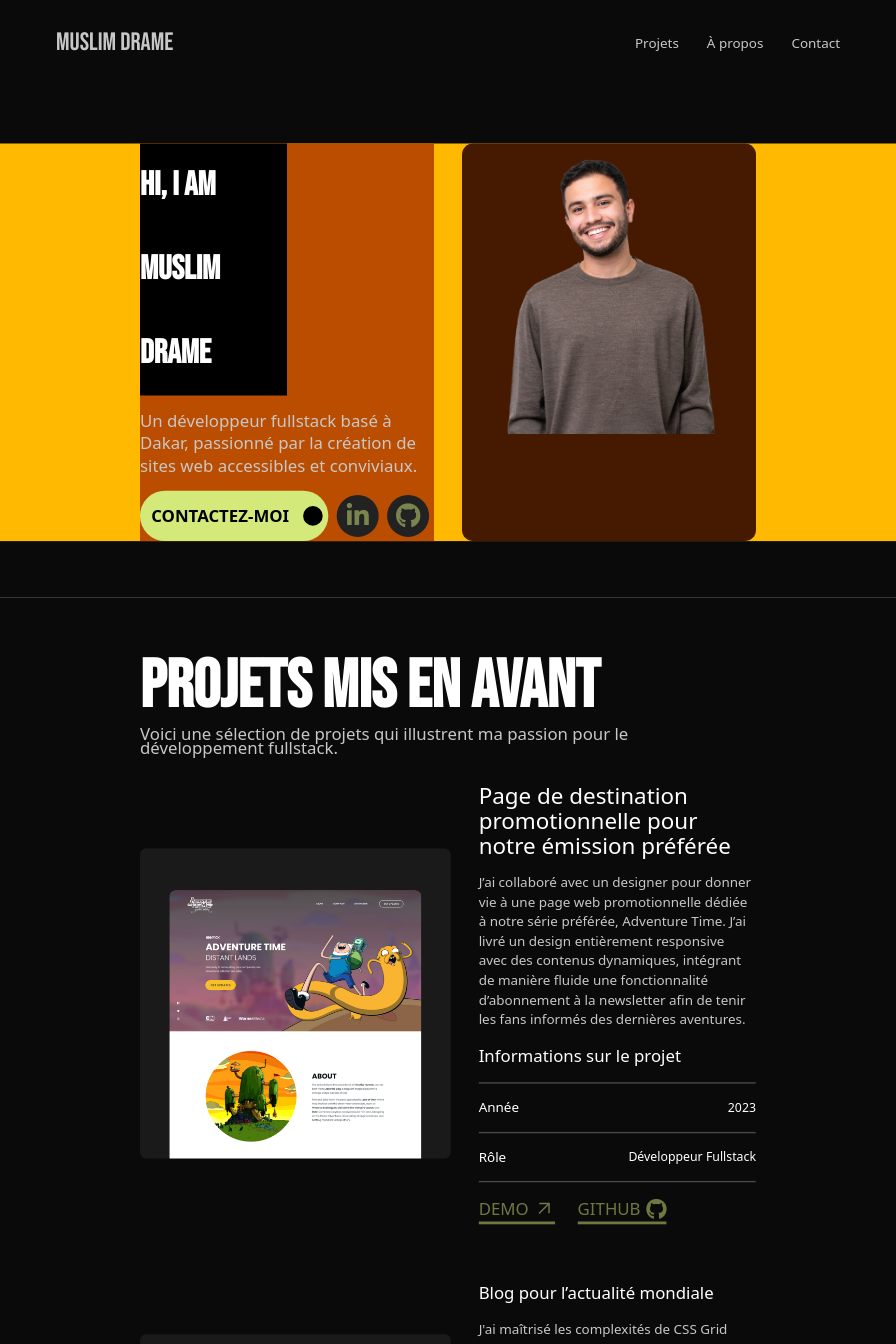
Repository: muslimdrame37-oss/Portfolio1
Page: src/index.html
The author's editor kept a copy of each file at every save. The page is drawn from the files as they stood at one save, then again after the next save.
The browser window is 1280 px wide. The pictures show the part of the page from y = 0 to 1920 px (the page is 4661 px tall before and 4508 px after), at 70% of full size.
Some web fonts or font styles are not loaded; a fallback is used. Some web libraries are served in a nearby version.

Above is the page before, as saved 2026-02-11 20:32:19.

### src/index.html
<!doctype html>
<html lang="fr">
<head>
    <meta charset="UTF-8">
    <meta name="viewport" content="width=device-width, initial-scale=1.0">
    <meta name="description" content="Portfolio de Muslim Drame - Développeur Fullstack basé à Dakar">
    <title>Muslim Drame - Développeur Fullstack</title>

    <!-- Fonts -->
    <link rel="stylesheet" href="https://fonts.googleapis.com/css2?family=Bebas+Neue&display=swap">
    <link rel="stylesheet" href="https://fonts.googleapis.com/css2?family=Material+Symbols+Outlined:opsz,wght,FILL,GRAD@20..48,100..700,0..1,-50..200&icon_names=arrow_outward">

    <!-- Styles -->
    <link href="./output.css" rel="stylesheet">

    <!-- Icons -->
    <script src="https://kit.fontawesome.com/31ee52f68e.js" crossorigin="anonymous"></script>
</head>

<body class="bg-[#0A0A0A]">
    <!-- ========== HEADER ========== -->
    <header class="flex items-center justify-between py-4 px-5 lg:px-20">
        <h1 class="text-[#C7C7C7] text-[2rem] lg:text-4xl font-bebas">MUSLIM DRAME</h1>

        <!-- Navigation Desktop -->
        <nav class="hidden lg:flex justify-between py-8 text-[#C7C7C7] text-[1.2rem]" aria-label="Navigation principale">
            <ul class="flex gap-10">
                <li><a href="index.html" class="hover:text-[#D3E97A] transition-colors">Projets</a></li>
                <li><a href="a_propos.html" class="hover:text-[#D3E97A] transition-colors">À propos</a></li>
                <li><a href="#contact" class="hover:text-[#D3E97A] transition-colors">Contact</a></li>
            </ul>
        </nav>

        <!-- Menu Mobile -->
        <button class="lg:hidden" aria-label="Menu mobile">
            <svg xmlns="http://www.w3.org/2000/svg" height="40px" viewBox="0 -960 960 960" width="40px" fill="#484848">
                <path d="M120-680v-80h720v80H120Zm0 480v-80h720v80H120Zm0-240v-80h720v80H120Z"/>
            </svg>
        </button>
    </header>

    <!-- ========== MAIN CONTENT ========== -->
    <main>

        <!-- ========== SECTION HERO ========== -->
        <section class="px-5 mt-20 flex flex-col justify-between gap-10 lg:flex-row lg:px-50 bg-amber-400" aria-label="Section d'accueil">
            <!-- Contenu texte -->
            <div class="flex flex-col gap-5 justify-center lg:w-1/2 bg-amber-700">
                <h2 class="text-white text-[3rem] font-bebas lg:text-[5rem] lg:font-bold lg:leading-30 leading-15 lg:w-1/2 bg-black">HI, I AM MUSLIM DRAME</h2>
                <p class="text-1xl text-[#C7C7C7] lg:text-2xl">
                    Un développeur fullstack basé à Dakar, passionné par la création de sites web accessibles et conviviaux.
                </p>

                <!-- Boutons d'action -->
                <div class="flex gap-3 items-center">
                    <!-- Bouton Contact -->
                    <a href="#contact" class="bg-[#D3E97A] flex justify-between items-center pl-2 text-black font-bold text-[1rem] rounded-[100px] gap-1 lg:gap-3 py-2 lg:py-4 lg:text-[1.5rem] lg:pl-4 hover:bg-[#c5db6f] transition-colors">
                        CONTACTEZ-MOI
                        <span class="w-11 h-10 flex items-center justify-center">
                            <span class="bg-black w-4 h-4 rounded-full lg:w-7 lg:h-7"></span>
                        </span>
                    </a>

                    <!-- Réseaux sociaux -->
                    <a href="#" class="w-10 h-10 rounded-full bg-[#222222] flex justify-center items-center lg:w-15 lg:h-15 hover:bg-[#333333] transition-colors" aria-label="LinkedIn">
                        <i class="fa-brands fa-linkedin-in text-[#D3E97A] text-2xl lg:text-4xl animate-pulse"></i>
                    </a>
                    <a href="#" class="w-10 h-10 rounded-full bg-[#222222] flex justify-center items-center lg:w-15 lg:h-15 hover:bg-[#333333] transition-colors" aria-label="GitHub">
                        <i class="fa-brands fa-github text-2xl lg:text-4xl text-[#D3E97A] animate-pulse"></i>
                    </a>
                </div>
            </div>

            <!-- Image hero -->
            <div class="bg-[#C7C7C7] rounded-2xl  bg-amber-950 lg:w-1/2">
                <img src="image/image1.png" alt="Portrait de Muslim Drame" width="880" class="w-full h-auto">
            </div>
        </section>

        <!-- Séparateur -->
        <hr class="border-[#484848] border-t mt-20">

        <!-- ========== SECTION PROJETS ========== -->

        <section class="flex flex-col px-8 mt-20 lg:px-50">
            <div class="flex flex-col gap-2">
                <h2 class="text-4xl text-white font-extrabold font-bebas lg:text-8xl">PROJETS MIS EN AVANT</h2>
                <p class="text-2xl text-[#C7C7C7] leading-5">Voici une sélection de projets qui illustrent ma passion pour le développement fullstack.</p>
            </div>
            <div class="flex flex-col lg:flex-row gap-10 mt-10 lg:w-[1,224px] justify-center items-center">
                <div>
                    <img src="image/image2.png" alt="" class="w-4xl">
                </div>
                <!-- INFORMATION -->
                <!-- TITRE ET DESCCRIPTION -->
                <div class=" lg:w-200 flex flex-col gap-5 ">
                    <div class="flex flex-col gap-5">
                        <h2 class="text-white text-[2rem] leading-9">Page de destination promotionnelle pour notre émission préférée</h2>
                        <p class="text-[#C7C7C7] leading-7 text-[1.2rem]">J’ai collaboré avec un designer pour donner vie à une page web promotionnelle dédiée à notre série préférée, Adventure Time. J’ai livré un design entièrement responsive avec des contenus dynamiques, intégrant de manière fluide une fonctionnalité d’abonnement à la newsletter afin de tenir les fans informés des dernières aventures.</p>
                    </div>
                    <!-- INFORMATION SUR LE PROJET -->
                    <div class=" flex flex-col gap-5">
                        <h3 class="text-white text-[1.5rem]">Informations sur le projet</h3>
                        <div class="flex flex-col gap-5">
                            <div class="w-full border-[#484848] border"></div>

                            <div class="flex justify-between">
                                <p class="text-white text-[1.2rem]">Année</p>
                                <p class="text-white text-[1.1rem]">2023</p>
                            </div>

                            <div class="w-full border-[#484848] border"></div>

                            <div class="flex justify-between">
                                <p class="text-white text-[1.2rem]">Rôle</p>
                                <p class="text-white text-[1.1rem]">Développeur Fullstack</p>
                            </div>

                            <div class="w-full border-[#484848] border"></div>

                        </div>
                    </div>

                    <!-- LIEN DEMO & GITHUB -->

                    <div class="flex gap-8">
                        <a href="#">
                            <div class="animate-pulse">
                            <div class="flex items-center gap-2 ">
                                <p class="text-[#D3E97A] text-[1.5rem]">DEMO</p>
                                <svg xmlns="http://www.w3.org/2000/svg" height="30px" viewBox="0 -960 960 960" width="30px" fill="#D3E97A"><path d="M246.67-244 200-290.67l402.67-402.66H236V-760h480v480h-66.67v-366.67L246.67-244Z"/></svg>
                            </div>
                            <div class="w-full border-[#D3E97A] border-2"></div>
                        </div>
                        </a>
                        <a href="#">
                            <div class="animate-pulse">
                            <div class="flex items-center gap-2">
                                <p class="text-[#D3E97A] text-[1.5rem]">GITHUB</p>
                                <i class="fa-brands fa-github text-3xl text-[#D3E97A]"></i>
                            </div>
                            <div class="w-full border-[#D3E97A] border-2"></div>
                        </div>
                        </a>

                    </div>
                </div>
            </div>
        </section>

        <!-- PROJET 2 -->

        <section class="flex flex-col px-8 mt-20 gap-8 lg:gap-10 lg:flex-row lg:px-50 items-center">
            <div>
                <img src="image/image3.png" alt="" class="w-4xl">
            </div>
            <div class="lg:w-200 flex flex-col gap-5">
                <div class="flex flex-col gap-5">
                    <h2 class="text-white text-[1.5rem]">Blog pour l’actualité mondiale</h2>
                    <p class="text-[#C7C7C7] text-[1.2rem] leading-7">J'ai maîtrisé les complexités de CSS Grid pour créer une page d'accueil innovante pour un site d'actualités, en prenant des décisions de design complexes afin d'assurer une expérience utilisateur fluide. Ce projet m'a permis de renforcer mes compétences en développement fullstack.</p>
                </div>
                <div class="flex flex-col gap-8">
                    <div class="text-[1.5rem] text-white ">Informations sur le projet</div>
                    <div class="flex flex-col gap-4">
                        <div class="w-full border-[#484848] border "></div>
                        <div class="flex justify-between">
                            <p class="text-white text-[1.2rem]">Client</p>
                            <p class="text-[#C7C7C7] text-[1.1rem]">World News</p>
                        </div>
                        <div class="w-full border-[#484848] border "></div>
                        <div class="flex justify-between">
                            <p class="text-white text-[1.2rem]">Année</p>
                            <p class="text-[#C7C7C7] text-[1.1rem]">2022</p>
                        </div>
                        <div class="w-full border-[#484848] border "></div>
                        <div class="flex justify-between">
                            <p class="text-white text-[1.5rem]">Rôle</p>
                            <p class="text-[#C7C7C7] text-[1.5rem]">Développeur Fullstack</p>
                        </div>
                        <div class="w-full border-[#484848] border "></div>
                    </div>
                </div>
                <a href="#">
                    <div class="flex flex-col animate-pulse">
                    <div class="flex items-center gap-2">
                        <p class="text-[#D3E97A] text-[1.5rem]">DEMO</p>
                        <svg xmlns="http://www.w3.org/2000/svg" height="30px" viewBox="0 -960 960 960" width="30px" fill="#D3E97A"><path d="M246.67-244 200-290.67l402.67-402.66H236V-760h480v480h-66.67v-366.67L246.67-244Z"/></svg>
                    </div>
                    <div class="w-25 border-[#D3E97A] border-2"></div>
                </div>
                </a>
            </div>
        </section>

        <!-- PROJET 3 -->

        <section class="mt-20 flex flex-col px-8 gap-8 lg:gap-10 lg:flex-row lg:px-50 items-center">
            <img src="image/image3.png" alt="" class="w-full lg:w-1/2">
            <div class="w-full lg:w-1/2 flex flex-col gap-5">
                <div class="flex flex-col gap-5">
                    <h2 class="text-white text-[2rem]">Page produit pour site e-commerce</h2>
                    <p class="text-[#C7C7C7] text-[1.2rem] leading-8 ">J’ai conçu avec succès une page produit attrayante, intégrant une galerie dynamique en lightbox et un panier fonctionnel fluide, démontrant ma maîtrise du développement en JavaScript.</p>
                </div>
                <div class="flex flex-col gap-5">
                    <div class="text-[1.5rem] text-white lg:mt-5 ">Informations sur le projet</div>
                    <div class="flex flex-col gap-5">
                        <div class="w-full border-[#484848] border "></div>
                        <div class="flex justify-between">
                            <p class="text-white text-[1.2rem]">Année</p>
                            <p class="text-[#C7C7C7] text-[1.1rem]">2022</p>
                        </div>
                        <div class="w-full border-[#484848] border "></div>
                        <div class="flex justify-between">
                            <p class="text-white text-[1.2rem]">Rôle</p>
                            <p class="text-[#C7C7C7] text-[1.1rem]">Développeur Fullstack</p>
                        </div>
                        <div class="w-full border-[#484848] border "></div>
                    </div>
                </div>
                <!-- LIEN DÉMO & GITHUB -->
                <div class="flex gap-8 items-center">
                    <a href="#">
                        <div class="animate-pulse">
                        <div class="flex items-center gap-2">
                            <p class="text-[#D3E97A] text-[1.5rem]">DEMO</p>
                            <svg xmlns="http://www.w3.org/2000/svg" height="30px" viewBox="0 -960 960 960" width="30px" fill="#D3E97A"><path d="M246.67-244 200-290.67l402.67-402.66H236V-760h480v480h-66.67v-366.67L246.67-244Z"/></svg>
                    </div>
                    <div class="w-full border-[#D3E97A] border-2"></div>
                    </div>
                    </a>
                    <a href="#">
                        <div class="animate-pulse">
                        <div class="flex items-center gap-2">
                            <p class="text-[#D3E97A] text-[1.5rem]">GITHUB</p>
                            <i class="fa-brands fa-github text-3xl text-[#D3E97A]"></i>
                        </div>
                        <div class="w-full border-[#D3E97A] border-2"></div>
                    </div>
                    </a>
                </div>
            </div>
        </section>

        <!-- À PROPOS DE MOI -->
        <div class="w-full border-[#484848] border my-10"></div>

        <section class=" flex flex-col px-8 gap-5 lg:flex-row lg:gap-10 lg:px-50 justify-between">
            <div class="text-6xl text-white  lg:w-200 lg:text-[140px] font-bebas">À PROPOS DE MOI</div>
            <div class="lg:w-200">
                <div class="flex flex-col gap-10 ">
                    <p class="text-white text-[1.5rem] ">Je suis développeur Fullstack passionné basé à DAKAR, avec une formation en génie Informatique.</p>
                    <div class="text-[#484848] text-[1.2rem]">Je suis développeur fullstack basé à Dakar, à la recherche d’opportunités stimulantes. Avec une formation en génie informatique, je mets un point d’honneur à privilégier l’accessibilité lors du développement. Passionné et curieux, j’aime résoudre des problèmes complexes.
                    Actuellement, j’explore React.js, Laravel et m’initie également au design. En dehors du codage, j’apprécie jouer au football, la photographie et jouer à la carte. Je continue d’apprendre pour améliorer constamment mes compétences.</div>
                    <a href="a_propos.html" class="text-[#D3E97A] text-[1.5rem] underline underline-offset-8 hover:text-[#c5db6f] transition-colors">EN SAVOIR PLUS SUR MOI</a>
                </div>
            </div>
        </section>

        <hr class="border-[#484848] border-t my-10">

        <!-- ========== SECTION CONTACT ========== -->

        <section id="contact" class="flex flex-col px-8 mb-10 lg:px-50 lg:gap-10 lg:flex-row" aria-label="Formulaire de contact">
            <!-- Informations de contact -->
            <div class="flex flex-col gap-10 lg:w-200">
                <h2 class="lg:text-[100px] text-white font-bold text-4xl font-bebas">ENTRONS EN CONTACT</h2>
                <div class="flex flex-col gap-2">
                    <p class="text-[#C7C7C7] text-[1rem]">
                        Dites moi hello <a href="mailto:muslimdrame37@gmail.com" class="text-white hover:text-[#D3E97A] transition-colors">muslimdrame37@gmail.com</a>
                    </p>
                    <p class="text-white text-[1rem]">Pour en savoir plus sur moi, jetez un coup d'œil à mon <a href="#" class="text-[#D3E97A] underline underline-offset-5 hover:text-[#c5db6f] transition-colors">CV</a></p>
                </div>
                <!-- Réseaux sociaux -->
                <nav class="flex gap-5" aria-label="Réseaux sociaux">
                    <a href="#" aria-label="LinkedIn" class="hover:scale-110 transition-transform">
                        <i class="fa-brands fa-linkedin-in text-[#D3E97A] text-4xl animate-pulse"></i>
                    </a>
                    <a href="#" aria-label="GitHub" class="hover:scale-110 transition-transform">
                        <i class="fa-brands fa-github text-[#D3E97A] text-4xl animate-pulse"></i>
                    </a>
                    <a href="#" aria-label="Twitter" class="hover:scale-110 transition-transform">
                        <i class="fa-brands fa-x-twitter text-[#D3E97A] text-4xl animate-pulse"></i>
                    </a>
                    <a href="#" aria-label="Instagram" class="hover:scale-110 transition-transform">
                        <i class="fa-brands fa-instagram text-[#D3E97A] text-4xl animate-pulse"></i>
                    </a>
                </nav>
            </div>


            <form action="" method="POST" class="flex flex-col gap-5 mt-10 lg:mt-0 w-full lg:w-200">
                <div class="flex flex-col gap-3">
                    <label for="name" class="text-[#C7C7C7] text-[1.5rem]">Nom complet</label>
                    <input class="text-[#C7C7C7] bg-[#1A1A1A] px-6 py-2 rounded-lg text-[1.5rem] focus:outline-none focus:ring-2 focus:ring-[#D3E97A] transition-all" type="text" name="name" placeholder="Muslim" id="name" required>
                </div>
                <div class="flex flex-col gap-3">
                    <label for="email" class="text-[#C7C7C7] text-[1.5rem]">Email</label>
                    <input class="text-[#C7C7C7] bg-[#1A1A1A] px-6 py-2 rounded-lg text-[1.5rem] focus:outline-none focus:ring-2 focus:ring-[#D3E97A] transition-all" type="email" name="email" placeholder="votre@email.com" id="email" required>
                </div>
                <div class="flex flex-col gap-3">
                    <label for="sujet" class="text-[#C7C7C7] text-[1.5rem]">Sujet</label>
                    <input class="text-[#C7C7C7] bg-[#1A1A1A] px-6 py-2 rounded-lg text-[1.5rem] focus:outline-none focus:ring-2 focus:ring-[#D3E97A] transition-all" type="text" name="sujet" placeholder="Sujet de votre message" id="sujet" required>
                </div>
                <div class="flex flex-col gap-3">
                    <label for="message" class="text-[#C7C7C7] text-[1.5rem]">Message</label>
                    <textarea name="message" id="message" rows="6" placeholder="Votre message..." class="text-[#C7C7C7] bg-[#1A1A1A] px-6 py-2 rounded-lg text-[1.5rem] resize-none focus:outline-none focus:ring-2 focus:ring-[#D3E97A] transition-all" required></textarea>
                </div>
                <button type="submit" class="text-black bg-[#D3E97A] py-2 lg:py-4 text-[1rem] font-bold rounded-[100px] w-35 hover:bg-[#c5db6f] transition-colors cursor-pointer">Envoyer</button>
            </form>
        </section>
    </main>

    <!-- ========== FOOTER ========== -->
    <footer class="w-full pb-6">
        <div class="mx-auto flex flex-col lg:flex-row gap-2 lg:gap-8 items-center justify-between border border-white/10 bg-[#1A1A1A] px-6 py-4 text-sm text-[#C7C7C7] backdrop-blur-md">
            <!-- Copyright -->
            <p>© 2026 Muslim Drame. Tous droits réservés.</p>

            <!-- Réseaux sociaux -->
            <nav class="flex items-center gap-2 text-2xl" aria-label="Réseaux sociaux footer">
                <a href="#" class="hover:text-white transition-colors" aria-label="Facebook">
                    <i class="fa-brands fa-facebook"></i>
                </a>
                <a href="#" class="hover:text-white transition-colors" aria-label="Instagram">
                    <i class="fa-brands fa-instagram"></i>
                </a>
                <a href="#" class="hover:text-white transition-colors" aria-label="Twitter">
                    <i class="fa-brands fa-x-twitter"></i>
                </a>
                <a href="#" class="hover:text-white transition-colors" aria-label="GitHub">
                    <i class="fa-brands fa-github"></i>
                </a>
                <a href="#" class="hover:text-white transition-colors" aria-label="YouTube">
                    <i class="fa-brands fa-youtube"></i>
                </a>
            </nav>
        </div>
    </footer>

</body>
</html>

Loaded but not shown: src/output.css (2245 lines, source omitted)

After the next save:
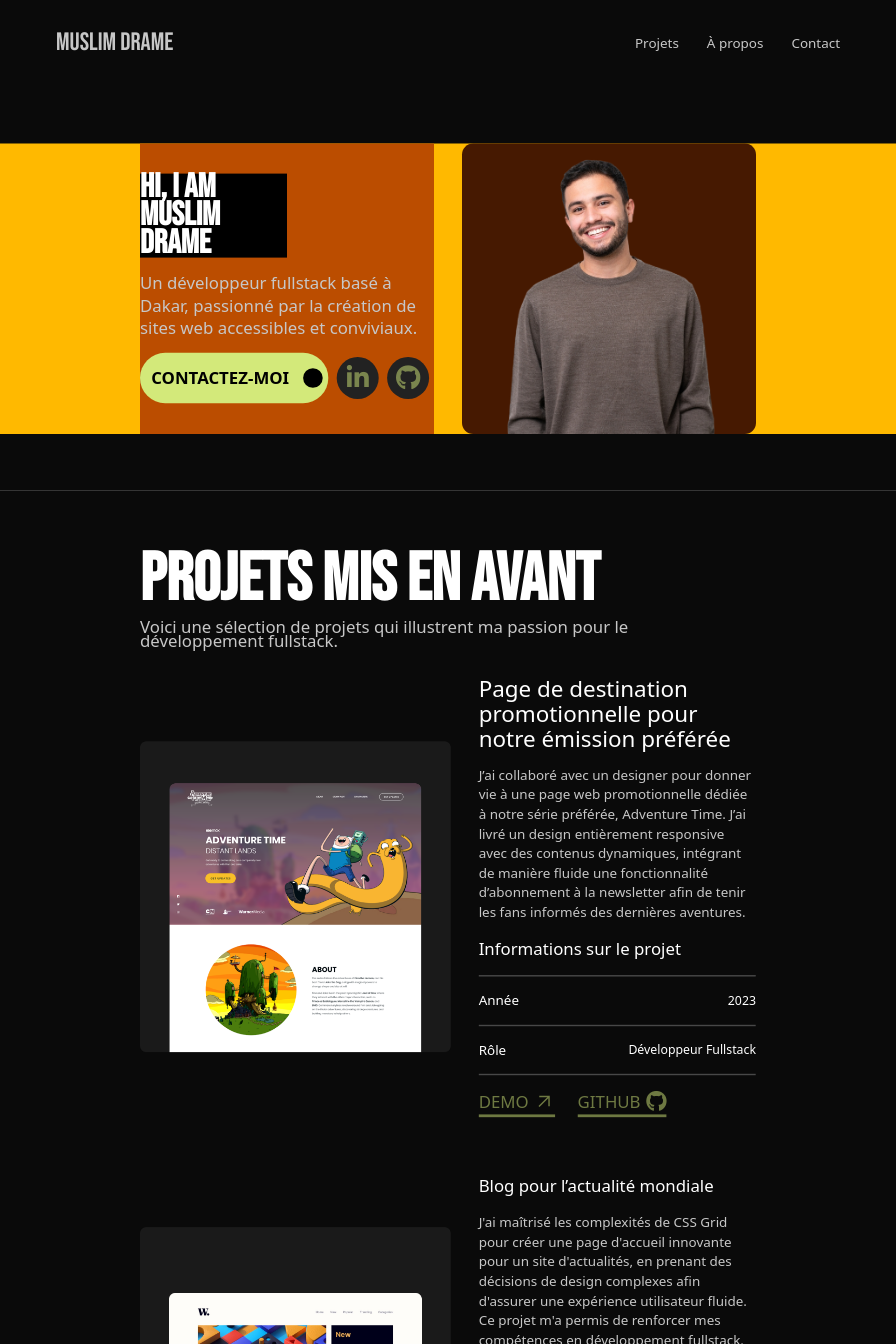
Saved 23 s later.
--- a/src/index.html
+++ b/src/index.html
@@ -46,7 +46,7 @@
         <section class="px-5 mt-20 flex flex-col justify-between gap-10 lg:flex-row lg:px-50 bg-amber-400" aria-label="Section d'accueil">
             <!-- Contenu texte -->
             <div class="flex flex-col gap-5 justify-center lg:w-1/2 bg-amber-700">
-                <h2 class="text-white text-[3rem] font-bebas lg:text-[5rem] lg:font-bold lg:leading-30 leading-15 lg:w-1/2 bg-black">HI, I AM MUSLIM DRAME</h2>
+                <h2 class="text-white text-[3rem] font-bebas lg:text-[5rem] lg:font-bold lg:leading-10 leading-15 lg:w-1/2 bg-black">HI, I AM MUSLIM DRAME</h2>
                 <p class="text-1xl text-[#C7C7C7] lg:text-2xl">
                     Un développeur fullstack basé à Dakar, passionné par la création de sites web accessibles et conviviaux.
                 </p>
